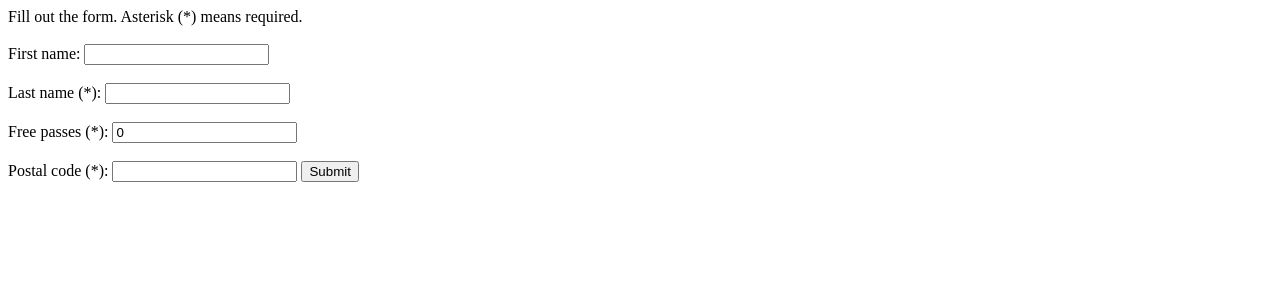
Repository: mayaugusto7/spring-hibernate-review
Page: http://localhost/spring-mvc-demo/customer/showForm
An editor plug-in stored every save of this project. The page is shown before and after the next save, followed by the edit.
The browser window is 1280 px wide. The pictures show the whole page.
The page is served by Tomcat 9. Other server files are loaded and not shown.

Above is the page before, as saved 2020-07-05 15:22:59.

### spring-mvc-demo/WebContent/WEB-INF/view/customer-form.jsp
<%@ page language="java" contentType="text/html; charset=ISO-8859-1"
    pageEncoding="ISO-8859-1"%>
<%@ taglib prefix="form" uri="http://www.springframework.org/tags/form" %>
<!DOCTYPE html>
<html>
<head>
<meta charset="ISO-8859-1">
<title>Customer Registration Form</title>

	<style>
		.error {
			color: red;
		}
	</style>
</head>
<body>

Fill out the form. Asterisk (*) means required.

<br/><br/>

<form:form action="processForm" modelAttribute="customer">

	First name: <form:input path="firstName" />

	<br/><br/>

	Last name (*): <form:input path="lastName"/>
	<form:errors path="lastName" cssClass="error" />

	<br/><br/>

	Free passes (*): <form:input path="freePasses" />
	<form:errors path="freePasses" cssClass="error" />

	<br/><br/>

	Postal code (*): <form:input path="postalCode"/>
	<form:errors path="postalCode" cssClass="error"/>

	<input type="submit" value="Submit" />
</form:form>

</body>
</html>

After the next save:
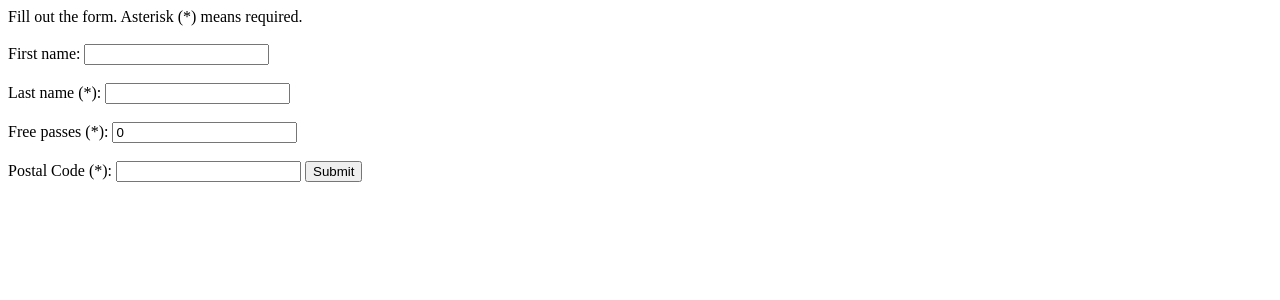
Saved 9 s later.
--- a/spring-mvc-demo/WebContent/WEB-INF/view/customer-form.jsp
+++ b/spring-mvc-demo/WebContent/WEB-INF/view/customer-form.jsp
@@ -35,7 +35,7 @@ Fill out the form. Asterisk (*) means required.
 
 	<br/><br/>
 
-	Postal code (*): <form:input path="postalCode"/>
+	Postal Code (*): <form:input path="postalCode"/>
 	<form:errors path="postalCode" cssClass="error"/>
 
 	<input type="submit" value="Submit" />
